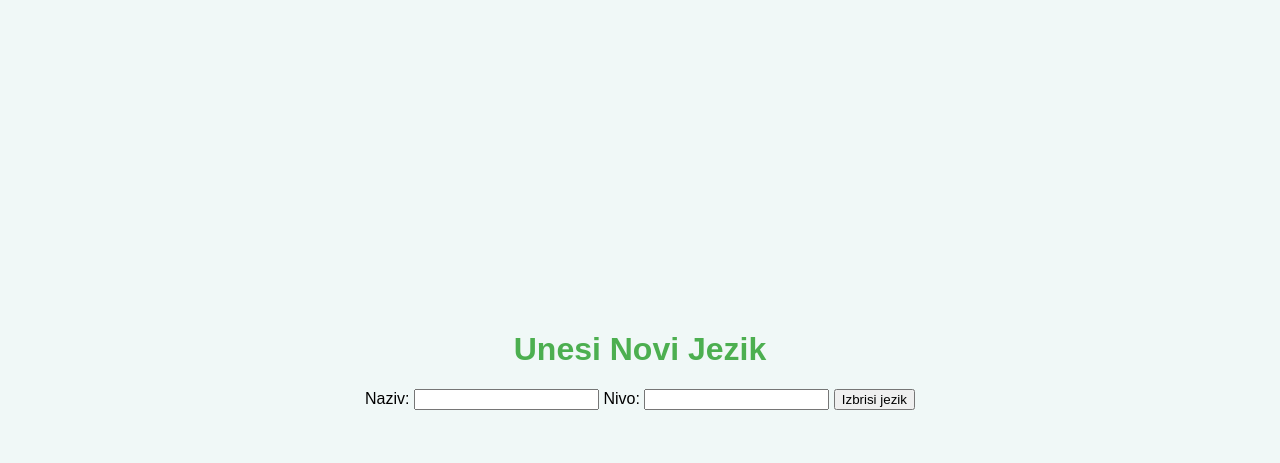
Repository: jodz4k/Polilingo-Spring-web-app
Page: http://localhost/PolilingoWeb/admIzbrisiJezik.jsp
These files come from the project's save history. The page is drawn as it stood at one moment and after the next save; the edit follows.
The browser window is 1280 px wide. The pictures show the whole page.
The page is served by Tomcat 10.

Above is the page before, as saved 2024-01-29 19:13:24.

After the next save:
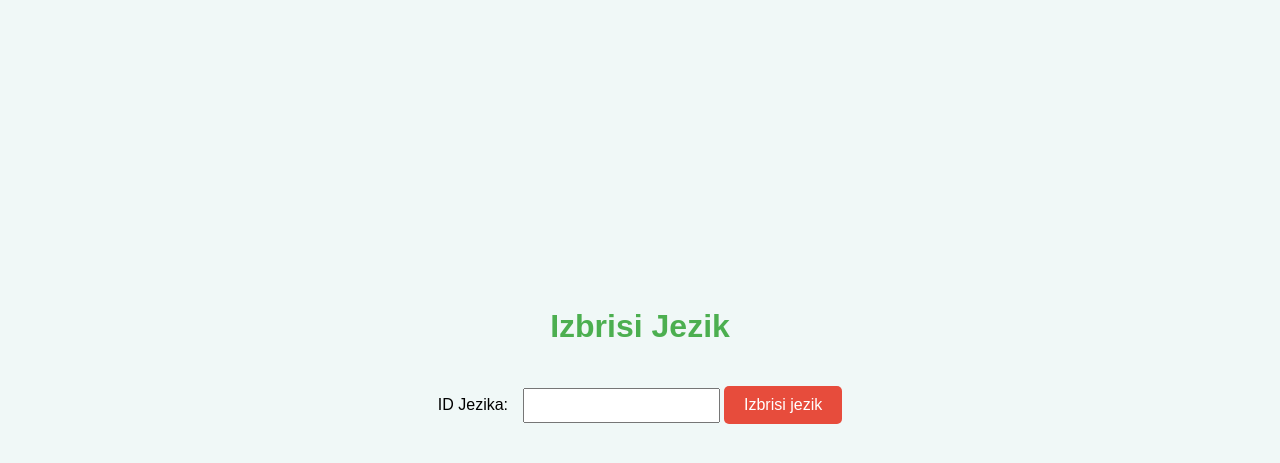
Saved 76 s later.
--- a/PolilingoWeb/src/main/webapp/admIzbrisiJezik.jsp
+++ b/PolilingoWeb/src/main/webapp/admIzbrisiJezik.jsp
@@ -24,73 +24,41 @@
             color: #4caf50;
         }
 
-        .table {
-            width: 80%;
-            margin-top: 20px;
-            border-collapse: collapse;
-        }
-
-        .table th, .table td {
-            border: 1px solid #ddd;
-            padding: 8px;
-            text-align: left;
-        }
-
-        .table th {
-            background-color: #4caf50;
-            color: white;
-        }
-
-        .button-container {
-            display: flex;
-            flex-wrap: wrap;
-            gap: 20px;
+        form {
             margin-top: 20px;
         }
 
-        .button {
+        label {
+            margin-right: 10px;
+        }
+
+        input {
+            padding: 8px;
+            margin-bottom: 10px;
+        }
+
+        button {
             padding: 10px 20px;
             font-size: 16px;
             cursor: pointer;
+            background-color: #e74c3c; /* crvena boja za brisanje jezika */
+            color: white;
             border: none;
             border-radius: 5px;
             transition: background-color 0.3s;
         }
 
-        .add-word-button {
-            background-color: #4caf50; /* zelena boja za dodavanje reci */
-            color: white;
-        }
-
-        .remove-words-button {
-            background-color: #4caf50; /* zelena boja za izbacivanje reci */
-            color: white;
-        }
-
-        .view-stats-button {
-            background-color: #4caf50; /* zelena boja za statistike */
-            color: white;
-        }
-
-        .add-language-button {
-            background-color: #4caf50; /* zelena boja za dodavanje jezika */
-            color: white;
-        }
-
-        .button:hover {
-            background-color: #34495e; /* tamnija nijansa na hover efektu */
+        button:hover {
+            background-color: #c0392b; /* tamnija nijansa na hover efektu */
         }
     </style>
 </head>
 <body>
-	<h1>Unesi Novi Jezik</h1>
+    <h1>Izbrisi Jezik</h1>
 
-    <form action="/Polilingo/administrator/saveJezik" method="post">
-        <label for="naziv">Naziv:</label>
-        <input type="text" id="naziv" name="naziv" required>
-
-        <label for="nivo">Nivo:</label>
-        <input type="text" id="nivo" name="nivo" required>
+    <form action="/Polilingo/administrator/obrisiJezik" method="post">
+        <label for="jezikId">ID Jezika:</label>
+        <input type="number" id="jezikId" name="jezikId" required>
 
         <button type="submit">Izbrisi jezik</button>
     </form>
